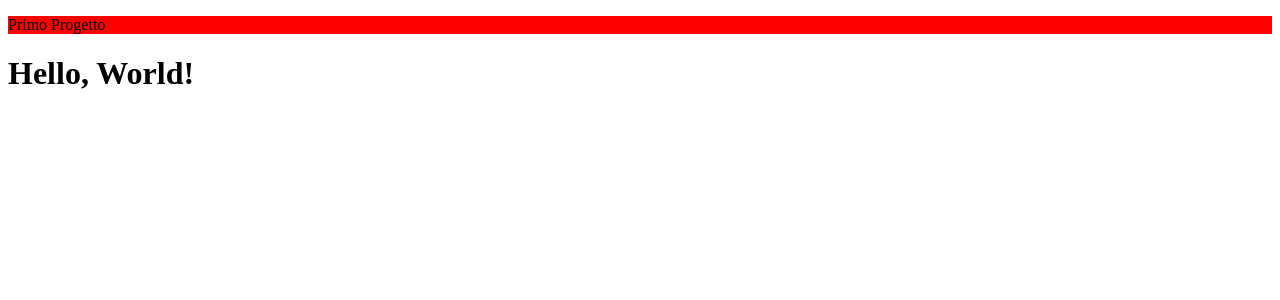
Repository: AndreaGuastaferro/Repository_Andrea_Guastaferro_Front
Page: cartella_html/NUOVO_HTML/ProgettoFinale.html
The author's editor kept a copy of each file at every save. The page is drawn from the files as they stood at one save, then again after the next save.
The browser window is 1280 px wide. The pictures show the whole page.

Above is the page before, as saved 2018-10-22 15:39:13.

After the next save:
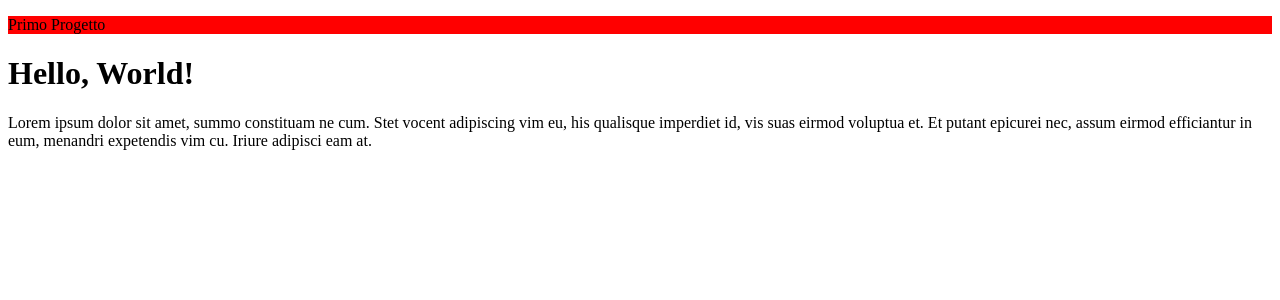
Saved 2 min 18 s later.
--- a/cartella_html/NUOVO_HTML/ProgettoFinale.html
+++ b/cartella_html/NUOVO_HTML/ProgettoFinale.html
@@ -13,8 +13,10 @@
 	 <div class="Projecthero">
 	 	<div class="TextHero">
 	 		<h1>Hello, World!</h1>
-	 		<articleLorem ipsum dolor sit amet, summo constituam ne cum. Stet vocent adipiscing vim eu, his qualisque imperdiet id, vis suas eirmod voluptua et. Et putant epicurei nec, assum eirmod efficiantur in eum, menandri expetendis vim cu. Iriure adipisci eam at.></article>
-
+	 		<article class ="articolo"></article>
+	 		Lorem ipsum dolor sit amet, summo constituam ne cum.
+	 		Stet vocent adipiscing vim eu, his qualisque imperdiet id, vis suas eirmod voluptua et.
+	 		Et putant epicurei nec, assum eirmod efficiantur in eum, menandri expetendis vim cu. Iriure adipisci eam at.
 
 	 	</div>
 	 </div>
